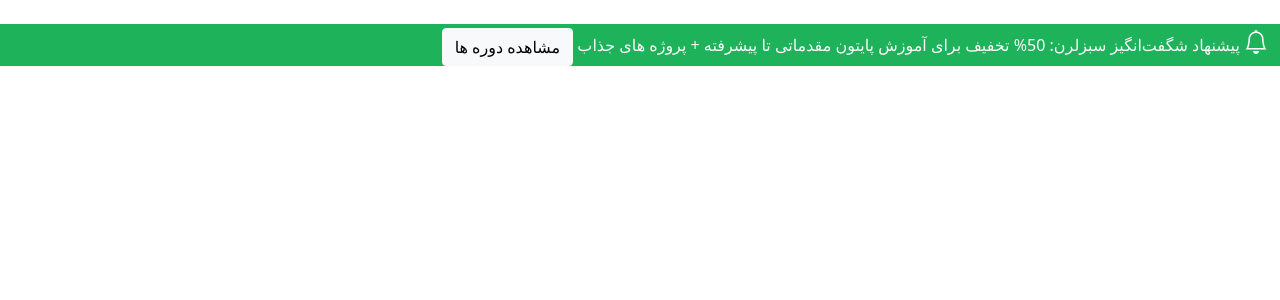
Repository: mobina-mirzaei/final-project-mirzaei
Page: index.html
These files come from the project's save history. The page is drawn as it stood at one moment and after the next save; the edit follows.
The browser window is 1280 px wide. The pictures show the whole page.
The style sheet was rebuilt from its Sass, Less or Tailwind sources for each picture, by a compiler version that may differ from the author's.

Above is the page before, as saved 2025-06-05 21:06:58.

### index.html
<!DOCTYPE html>
<html lang="fa" dir="rtl">
  <head>
    <meta charset="UTF-8" />
    <meta name="viewport" content="width=device-width, initial-scale=1.0" />
    <link
      rel="stylesheet"
      href="./assets/bootstrap-5.1.3-dist/bootstrap-5.1.3-dist/css/bootstrap.rtl.min.css"
    />
    <script
      src="./assets/bootstrap-5.1.3-dist/bootstrap-5.1.3-dist/js/bootstrap.bundle.min.js"
      defer
    ></script>
    <link rel="stylesheet" href="./assets/css/main.css" />
    <link rel="stylesheet" href="https://cdn.jsdelivr.net/npm/bootstrap-icons@1.10.5/font/bootstrap-icons.css"/>
    <title>SabzLearn</title>
  </head>
  <body>
    <div class="container-fluid">
      <div class="row d-flex justify-content-between aling-items-center pre-nav my-4">
        <div class="col-lg-8">
            <span class="text-light">
                <i class="bi bi-bell" style="color: white; font-size: 24px;"></i>
                پیشنهاد شگفت‌انگیز سبزلرن: 50% تخفیف برای آموزش پایتون مقدماتی تا
                پیشرفته + پروژه های جذاب
            </span>
            <button class="btn btn-light">مشاهده دوره ها</button>
        </div>
        <div class="col-lg-4">

        </div>
      </div>
    </div>
  </body>
</html>

### assets/scss/main.scss
.pre-nav{
    background-color:rgb(30 179 91);
}

Loaded but not shown: assets/bootstrap-5.1.3-dist/bootstrap-5.1.3-dist/css/bootstrap.rtl.min.css (library); assets/bootstrap-5.1.3-dist/bootstrap-5.1.3-dist/js/bootstrap.bundle.min.js (library)

After the next save:
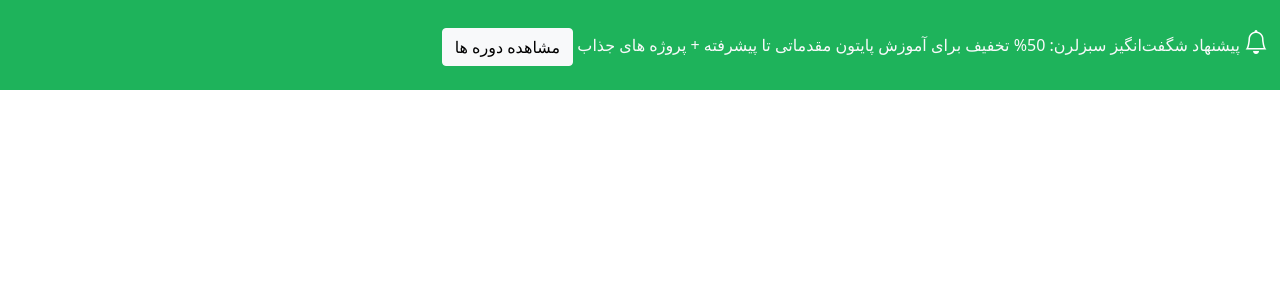
Saved 7 s later.
--- a/index.html
+++ b/index.html
@@ -17,7 +17,7 @@
   </head>
   <body>
     <div class="container-fluid">
-      <div class="row d-flex justify-content-between aling-items-center pre-nav my-4">
+      <div class="row d-flex justify-content-between aling-items-center pre-nav py-4">
         <div class="col-lg-8">
             <span class="text-light">
                 <i class="bi bi-bell" style="color: white; font-size: 24px;"></i>
